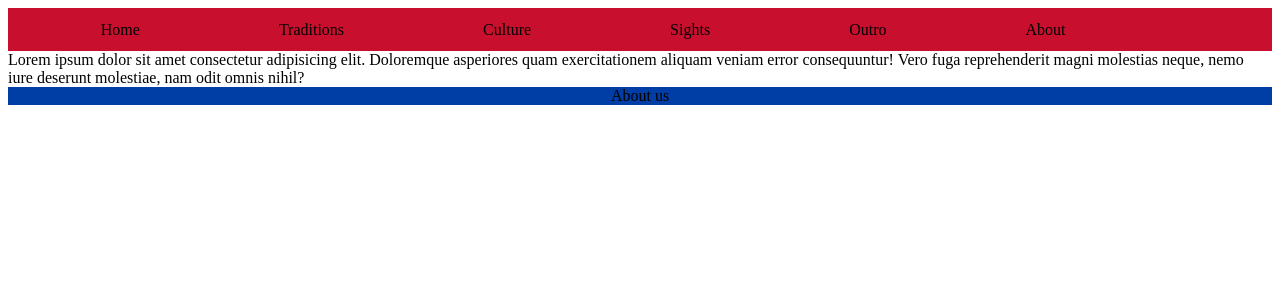
Repository: Cornman63/The-netherlands
Page: culture.html
These files come from the project's save history. The page is drawn as it stood at one moment and after the next save; the edit follows.
The browser window is 1280 px wide. The pictures show the whole page.

Above is the page before, as saved 2023-05-17 12:12:02.

After the next save:
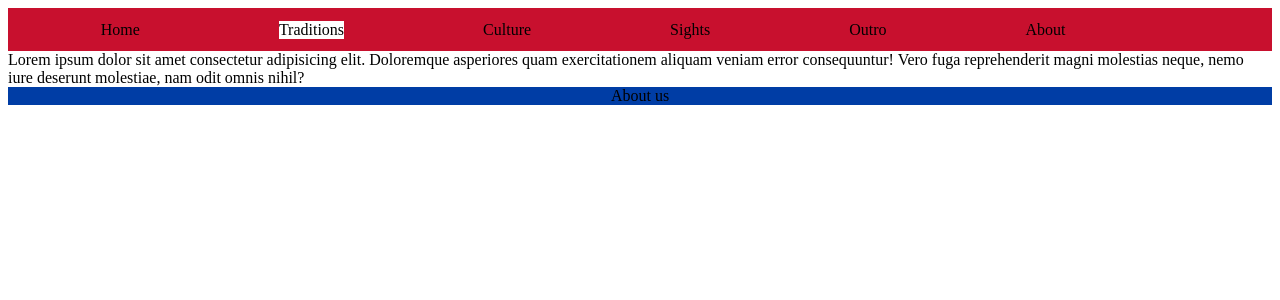
Saved 21 s later.
--- a/culture.html
+++ b/culture.html
@@ -11,7 +11,7 @@
 <body>
     <div class="top">
         <div class="site">Home</div>
-        <div class="site" id="trad">Traditions</div>
+        <div class="site" style="background-color:white">Traditions</div>
         <div class="site">Culture</div>
         <div class="site">Sights</div>
         <div class="site">Outro</div>
